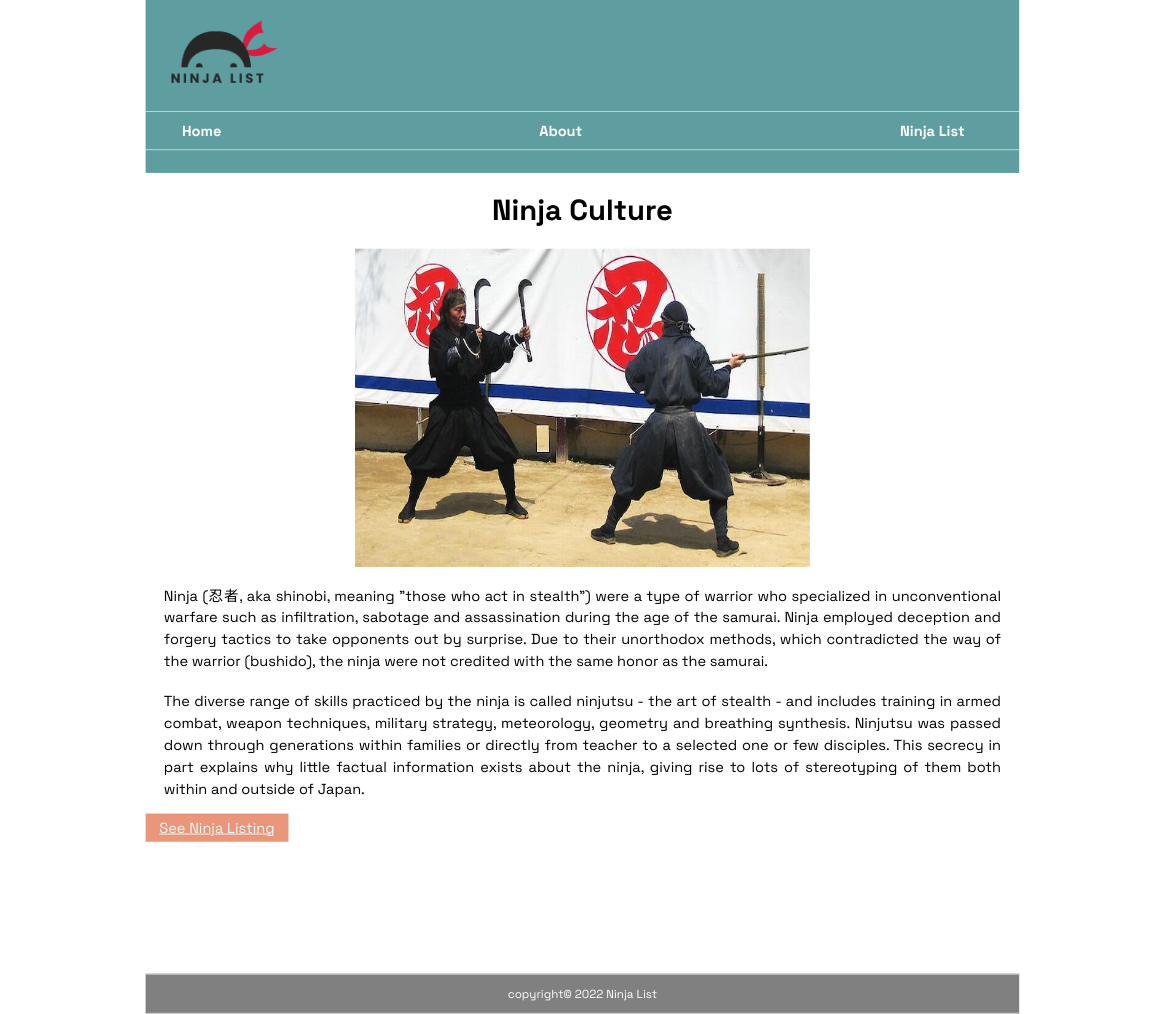
Repository: SaadYasin/ninja-list-next-training
Page: /
These files come from the project's save history. The page is drawn as it stood at one moment and after a run of saves; the edit follows.
The browser window is 1280 px wide. The pictures show the whole page, at 91% of full size.
The project was rebuilt for these pictures with package versions that can differ from the ones it lists, and the page was loaded fresh each time. The framework's server and built-in components were replaced by stand-ins that run in the browser. Also part of the build but not shown: next.config.js.

Above is the page before, as saved 2022-10-15 23:42:50.

After the next 2 saves:
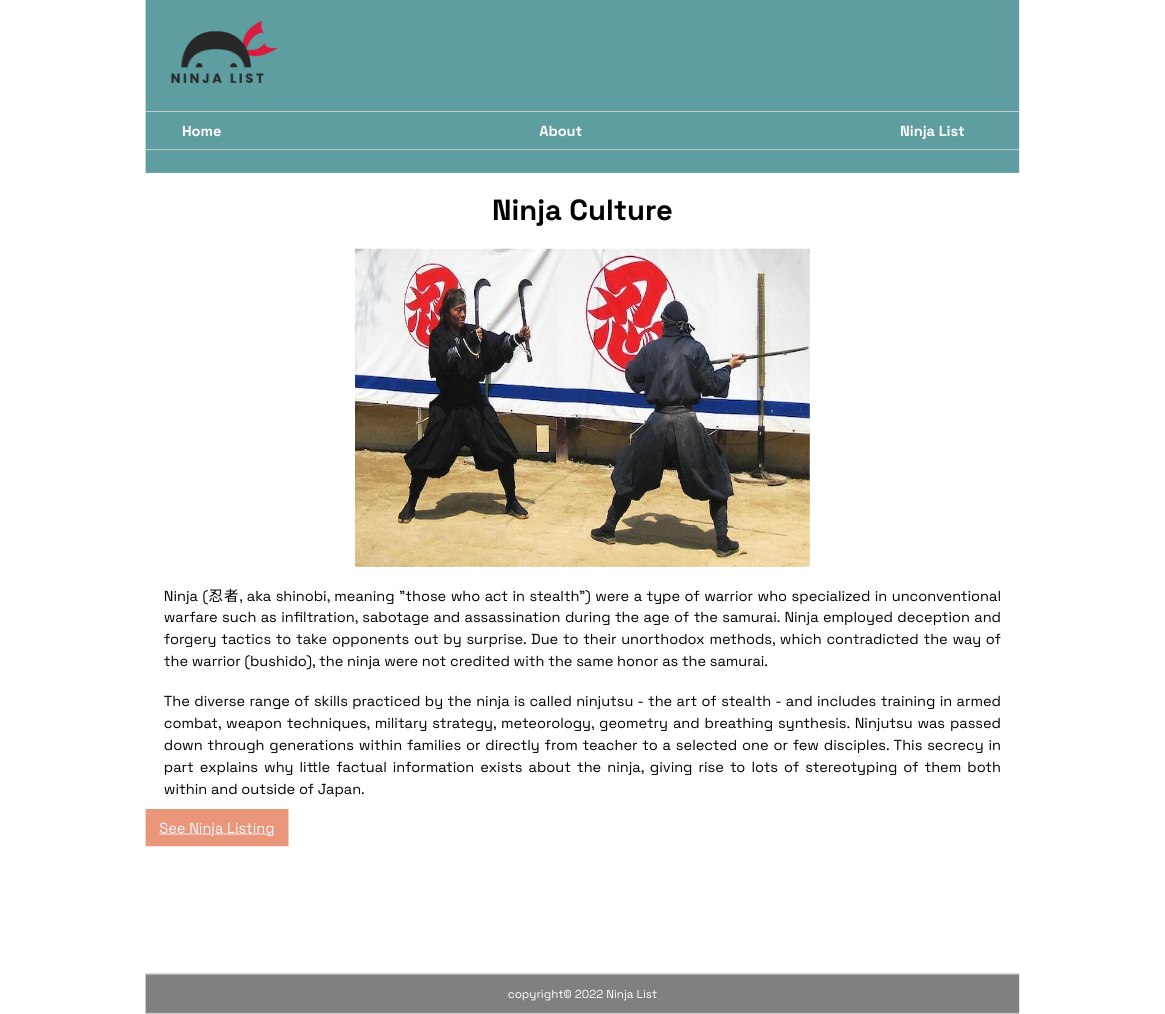
The 2 saves are shown as one change because they came seconds apart.
The last was saved 15 s later.
--- a/styles/Home.module.css
+++ b/styles/Home.module.css
@@ -16,5 +16,5 @@ justify-content: center;
 .btn {
   background: darksalmon;
   color: aliceblue;
-  padding: 5px 15px;
+  padding: 10px 15px;
 }
